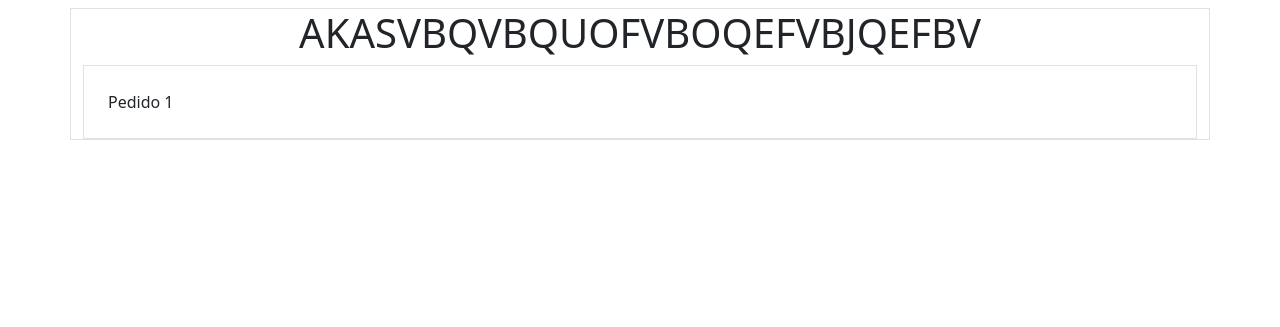
Repository: LASCLUu/Desenvolvimento-Web-Mobile-e-Jogos
Page: / (app in react-componentes-props/)
An editor plug-in stored every save of this project. The page is shown before and after a run of saves, followed by the edit.
The browser window is 1280 px wide. The pictures show the whole page.
The project was rebuilt for these pictures with package versions that can differ from the ones it lists, and the page was loaded fresh each time.

Above is the page before, as saved 2024-09-23 21:39:07.

### react-componentes-props/src/index.js
import React from 'react';
import ReactDOM from 'react-dom';
import 'bootstrap/dist/css/bootstrap.min.css';
//import '@fortawesome/fontawesome-free/css/all.min.css/'

const App = () => {
    return (
        <div className='container border mt-2'>
            <div className="row">
                <div className='col-12'>
                    <h1 className='text-center'>AKASVBQVBQUOFVBOQEFVBJQEFBV</h1>
                </div>
            </div>
            <div className='col-12 .col-xl-3.col-lg-6'>
                <div className='border p-4'>
                    Pedido 1
                </div>
            </div>
        </div>
    )
}

ReactDOM.render(
    <App/>,
    document.querySelector('#root')
)

Loaded but not shown: react-componentes-props/public/index.html (common file)

After the next 6 saves:
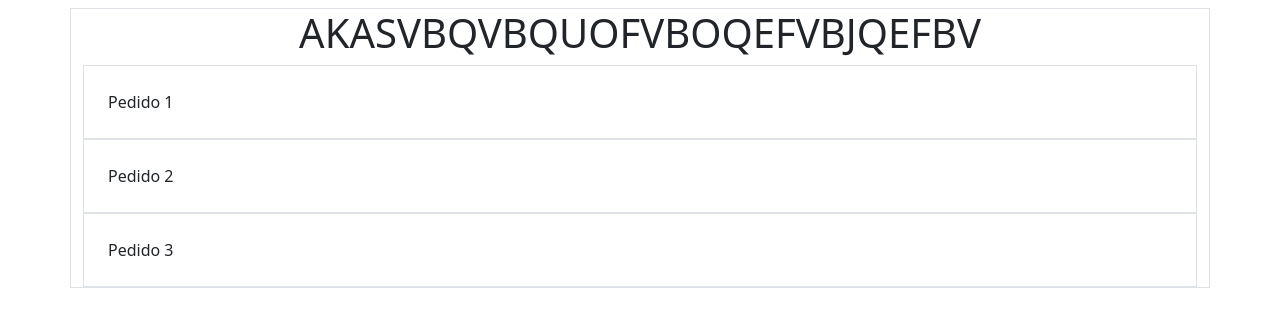
The 6 saves are shown as one change because they came seconds apart.
The last was saved 90 s later.
--- a/react-componentes-props/src/index.js
+++ b/react-componentes-props/src/index.js
@@ -16,6 +16,16 @@ const App = () => {
                     Pedido 1
                 </div>
             </div>
+            <div className='col-12 .col-xl-3.col-lg-6'>
+                <div className='border p-4'>
+                    Pedido 2
+                </div>
+            </div>
+            <div className='col-12 .col-xl-3.col-lg-6'>
+                <div className='border p-4'>
+                    Pedido 3
+                </div>
+            </div>
         </div>
     )
 }
